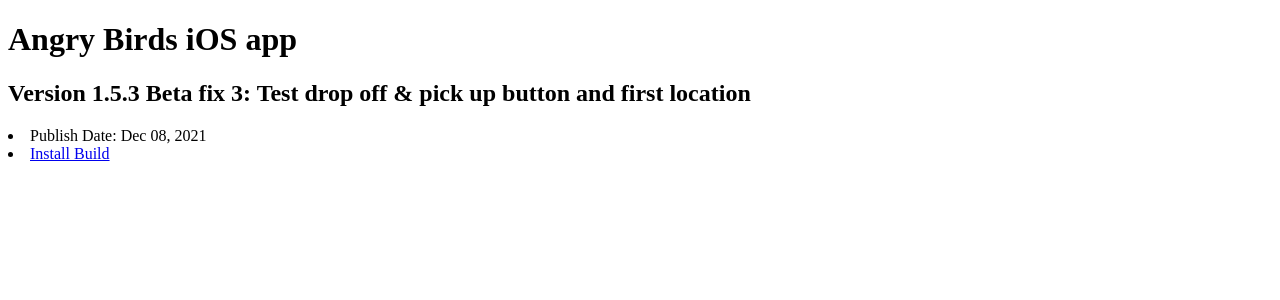
Repository: KhoKhoCrunch/KhoKhoCrunch.github.io
Page: rrplus/index.html
An editor plug-in stored every save of this project. The page is shown before and after the next save, followed by the edit.
The browser window is 1280 px wide. The pictures show the whole page.

Above is the page before, as saved 2021-12-18 16:22:25.

After the next save:
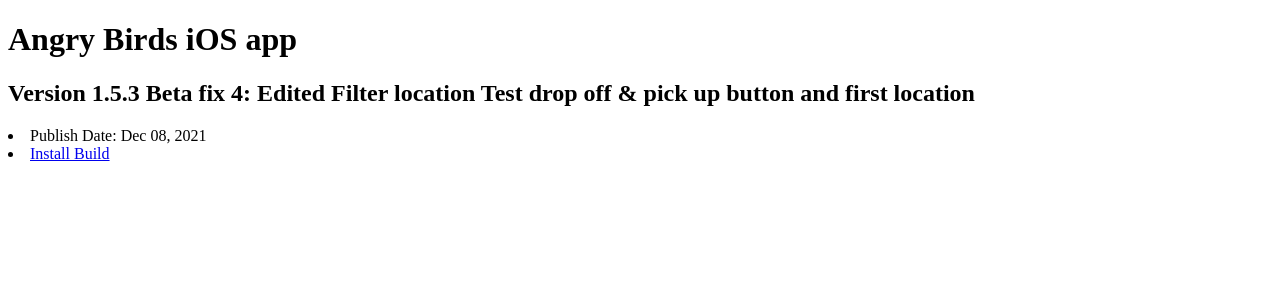
Saved 21 h 17 min later.
--- a/rrplus/index.html
+++ b/rrplus/index.html
@@ -6,7 +6,7 @@
     </head>
     <body>
       <h1>Angry Birds iOS app</h1>
-      <h2>Version 1.5.3 Beta fix 3: Test drop off & pick up button and first location</h2>
+      <h2>Version 1.5.3 Beta fix 4: Edited Filter location Test drop off & pick up button and first location</h2>
 
         <li>
           Publish Date: Dec 08, 2021
